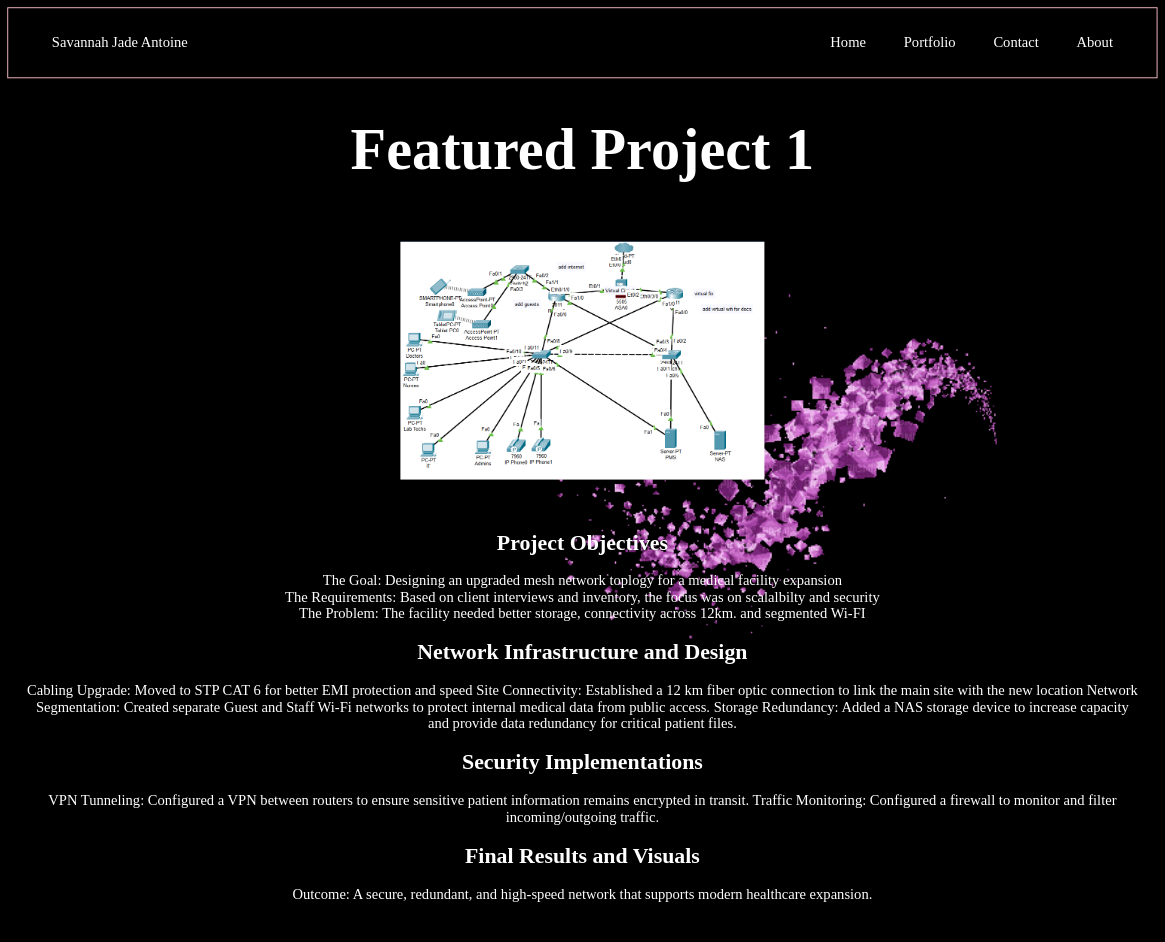
Repository: Savannah-Antoine/Savannah-Antoine
Page: pages/project-name-1.html
The author's editor kept a copy of each file at every save. The page is drawn from the files as they stood at one save, then again after the next save.
The browser window is 1280 px wide. The pictures show the whole page, at 91% of full size.

Above is the page before, as saved 2026-05-15 15:33:18.

After the next save:
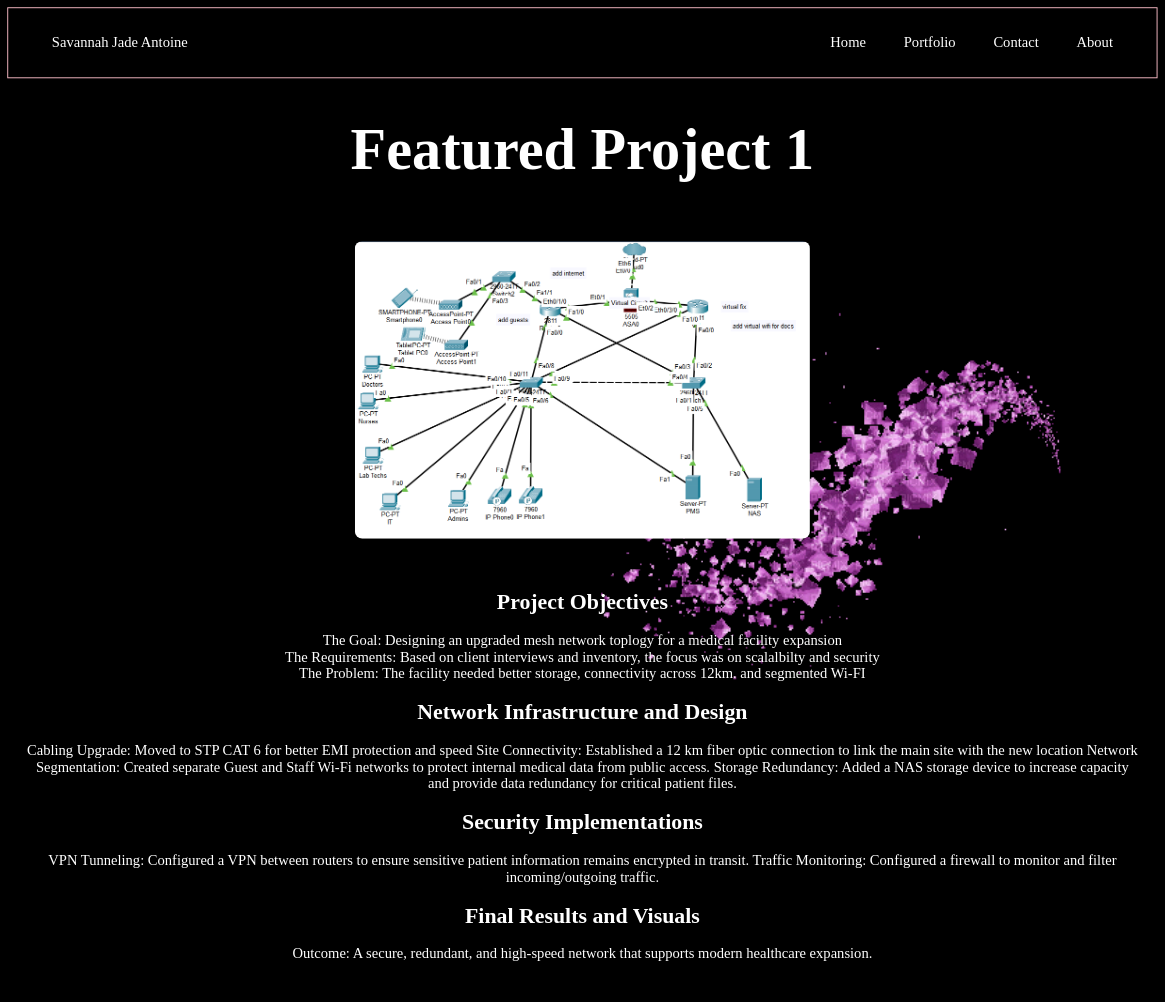
Saved 87 s later.
--- a/styles/page.css
+++ b/styles/page.css
@@ -16,8 +16,10 @@ body h1{
 
 }
 
-img{
+
+img {
     width: 100%;
-    max-width: 400px;
+    max-width: 500px; /* Increased slightly for detail */
     height: auto;
+    border-radius: 8px;
 }
